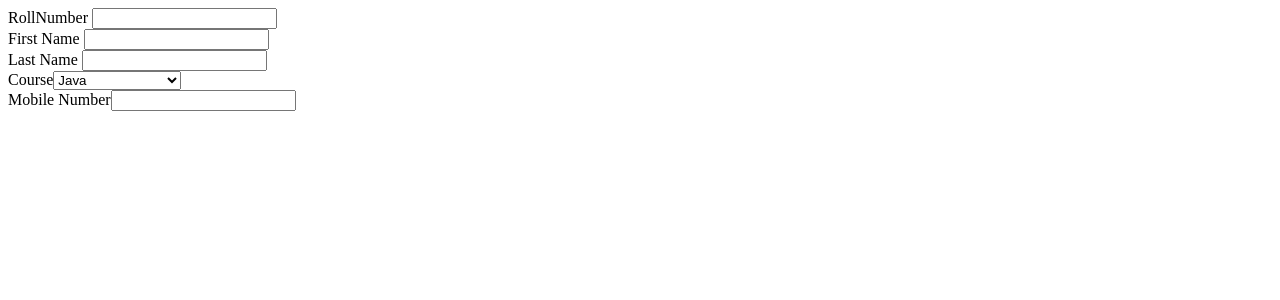
Repository: vivekraghu17/Sapient-Training-
Page: http://localhost/student-app/add-student.jsp
The author's editor kept a copy of each file at every save. The page is drawn from the files as they stood at one save, then again after the next save.
The browser window is 1280 px wide. The pictures show the whole page.
The page is served by Tomcat 9.

Above is the page before, as saved 2020-02-18 12:07:02.

After the next save:
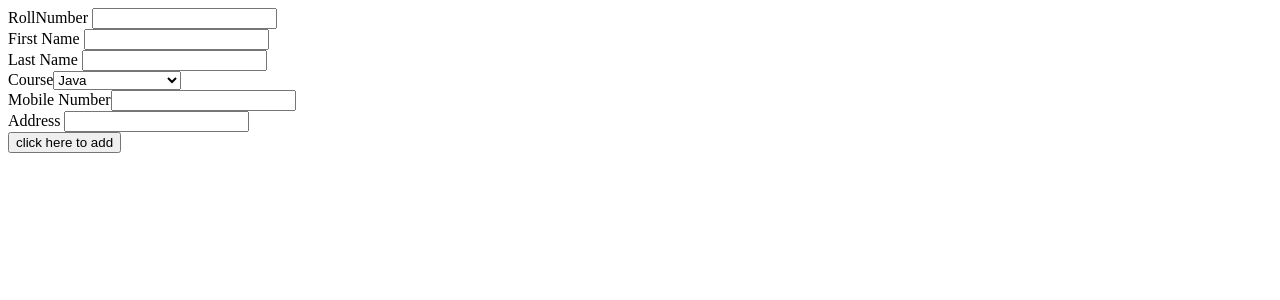
Saved 99 s later.
--- a/student-app/WebContent/add-student.jsp
+++ b/student-app/WebContent/add-student.jsp
@@ -23,7 +23,8 @@
 </select>
 <br>
 Mobile Number<input type="tel"/><br>
-
+Address <input type="text" name="address" /><br />
+<input type="submit" value="click here to add"/>
 </form>
 </body>
 </html>
